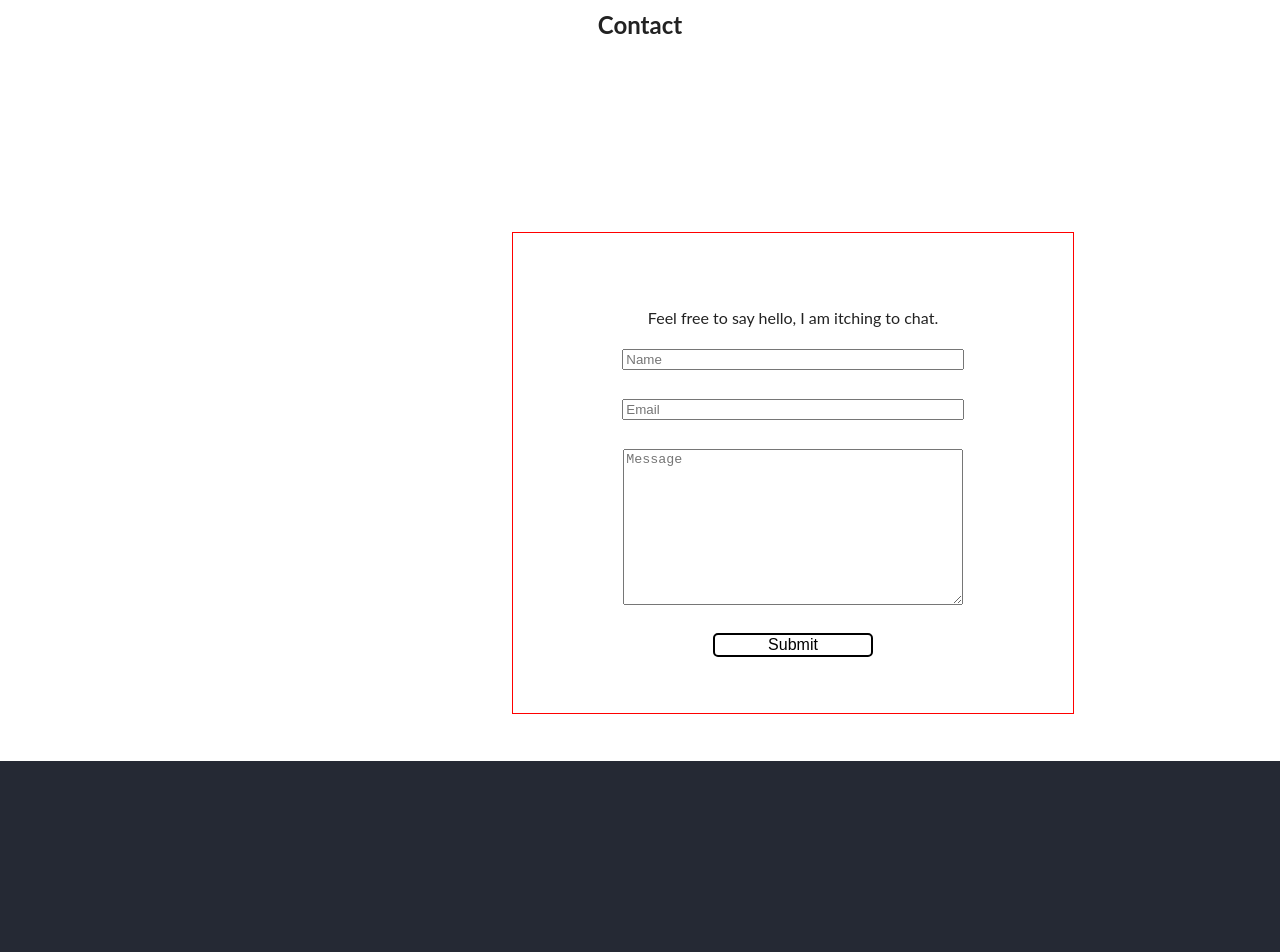
Repository: blessingNtoko/portfolio_noangular
Page: index.html
These files come from the project's save history. The page is drawn as it stood at one moment and after the next save; the edit follows.
The browser window is 1280 px wide. The pictures show the part of the page from y = 3219 to 4171 px (the page is 4700 px tall).
Backgrounds fixed to the window are drawn as part of the page.

Above is the page before, as saved 2020-01-01 17:49:22.

After the next save:
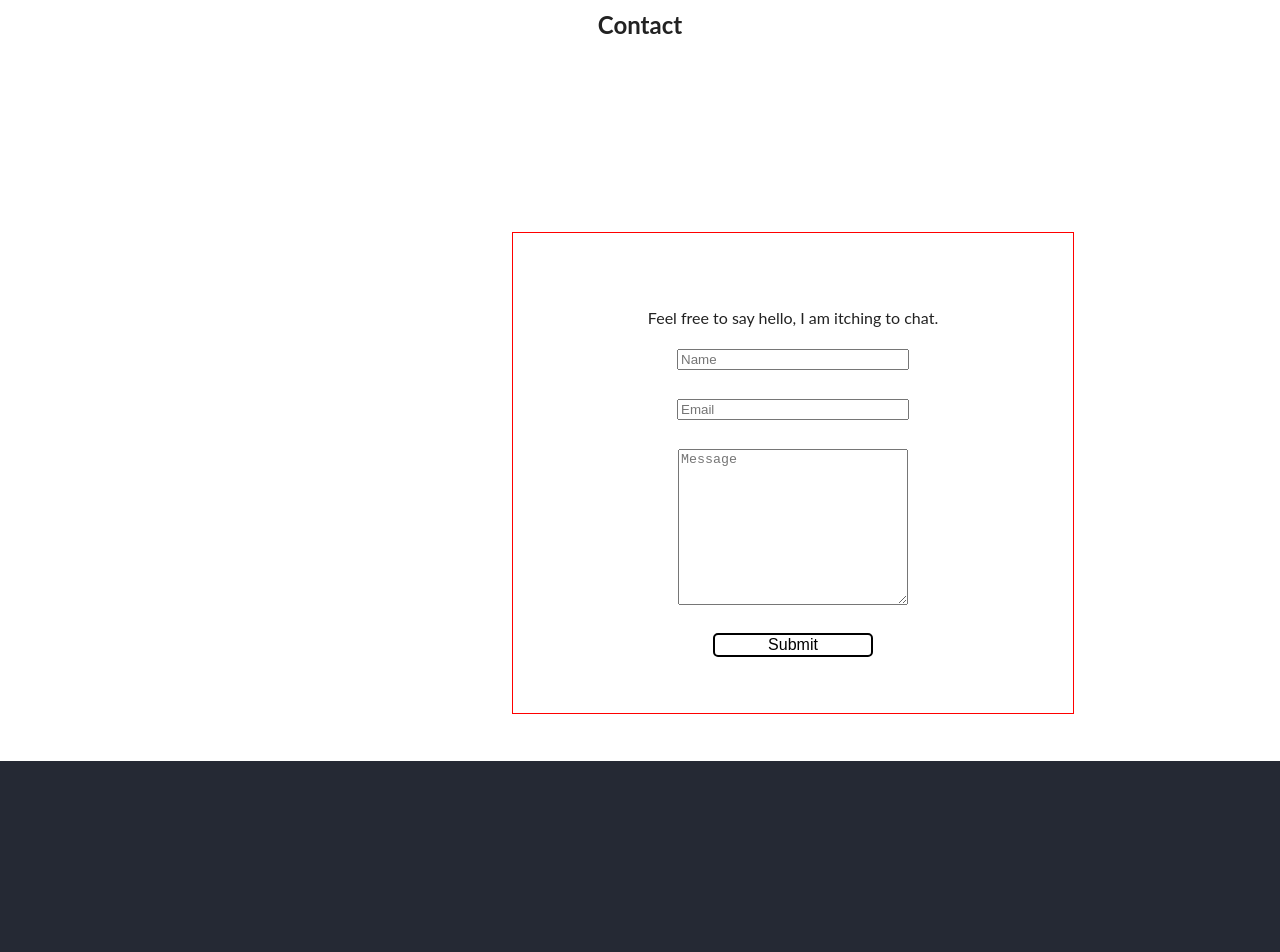
Saved 37 s later.
--- a/css/index.css
+++ b/css/index.css
@@ -184,7 +184,7 @@
 
 .inputs {
     /* margin-left: 23%; */
-    width: 25em;
+    width: 40%;
 }
 
 
